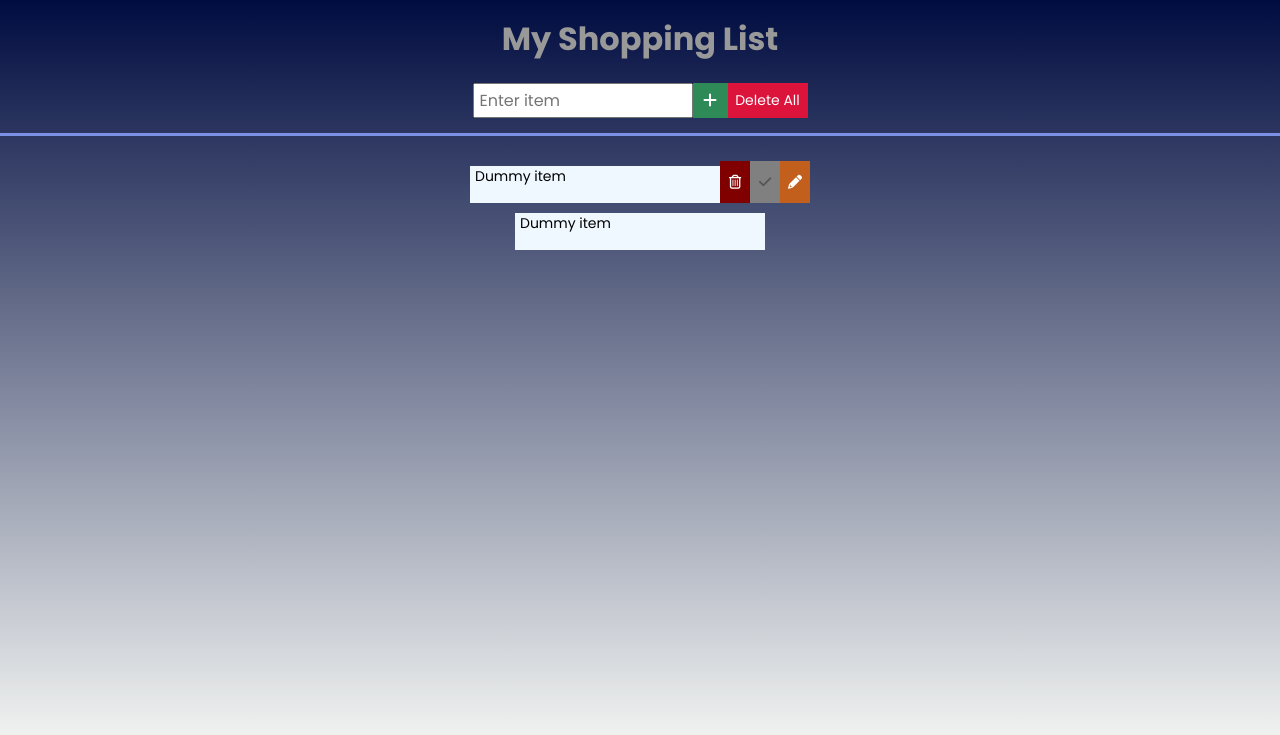
Repository: SaadYasin/shopping-list01-js
Page: index.html
The author's editor kept a copy of each file at every save. The page is drawn from the files as they stood at one save, then again after the next save.
The browser window is 1280 px wide. The pictures show the whole page.

Above is the page before, as saved 2021-12-05 19:13:33.

### index.html
<!DOCTYPE html>
<html lang="en">
<head>
    <meta charset="UTF-8">
    <meta http-equiv="X-UA-Compatible" content="IE=edge">
    <meta name="viewport" content="width=device-width, initial-scale=1.0">
    <title>Shopping List App</title>
    <link rel="stylesheet" href="styles.css">
    <link rel="preconnect" href="https://fonts.googleapis.com">
    <link rel="preconnect" href="https://fonts.gstatic.com" crossorigin>
    <link href="https://fonts.googleapis.com/css2?family=Poppins:ital,wght@0,100;0,300;0,400;0,600;0,700;1,100;1,300;1,400;1,600;1,700&display=swap" rel="stylesheet">

    <link rel="stylesheet" href="https://cdnjs.cloudflare.com/ajax/libs/font-awesome/6.0.0-beta3/css/all.min.css">

</head>
<body>
    <header>
        <h1>My Shopping List</h1>

        <div id="input-form">
            <input type="text" id="item-txt" name="item-text" placeholder="Enter item" aria-label="Enter item" required>

            <button id="btn" class="btn plus-btn" type="button"><i class="fa fa-plus" aria-hidden="true"></i></button>

            <button class="btn btn-delete-all" type="button" >Delete All</button>

        </div>

        <div id="divider"></div>

        <div class="container">
            <ul id="items-list">
                <div class="list-line">
                    <div>
                        <li class="item">Dummy item</li>
                    </div>
                    <button class="btn btn-delete-item" type="button"><i class="far fa-trash-alt"></i></button>
                    <button class="btn btn-done"><i class="fas fa-check"></i></button>
                    <button class="btn btn-edit"><i class="fas fa-pencil-alt"></i></button>
                </div>
                <div class="list-line">
                    <li class="item">Dummy item</li>

                </div>
            </ul>
        </div>
    </header>
    <script src="app.js"></script>
</body>
</html>

### styles.css
* {
    padding: 0;
    margin: 0;
    box-sizing: border-box;
    font-family: 'Poppins', sans-serif;
}

body {
    min-height: 100vh;
    background: #F0F2F0;  /* fallback for old browsers */
background: -webkit-linear-gradient(to top, #f0f2f0 , #000C40);  /* Chrome 10-25, Safari 5.1-6 */
background: linear-gradient(to top,#f0f2f0 , #000C40); /* W3C, IE 10+/ Edge, Firefox 16+, Chrome 26+, Opera 12+, Safari 7+ */


}

header h1 {
    color: #999;
    text-align: center;
    margin-top: 15px;
}

#input-form {
    display: flex;
    margin-top: 20px;
    justify-content: center;
}

#item-txt {
    height: 35px;
    width: 220px;
    font-size: 16px;
    padding-left: 5px;
}

.btn {
    width: 35px;
    border: none;
    outline: none;
    font-size: 14px;
    color: #fff;
    cursor: pointer;
}

.plus-btn {
    background-color: seagreen;
    color: #fff;
    font-size: 16px;
}

.btn-delete-all {
    width: 80px;
    background-color: crimson;

}

#divider {
    width: 100vw;
    height: 3px;
    background-color: #7c90e6;
    margin-top: 15px;
}

.container {
    width: 100%;
    padding-top: 20px;

}

#items-list {
    display: flex;
    flex-direction: column;
    list-style-type: none;
}

.list-line {
    display: flex;
    justify-content: center;
    margin-top: 5px;
}

li {
    display: flex;
    width: 250px;
    height: 37px;
    font-size: 14px;
    background-color: aliceblue;
    padding-left: 5px;
    margin-top: 5px;
    margin-left: auto;
    margin-right: auto;

}

.btn-delete-item {
    width: 30px;
    background-color: maroon;
    color: #fff;

}

.btn-done {
    width: 30px;
    border: none;
    background-color: gray;
    color: #555;
    font-size: 14px;
}

.btn-edit {
    width: 30px;
    background-color: rgb(194, 95, 29);
    color: #fff;

}

### app.js
const addBtn = document.querySelector('#btn');
const inputText = document.querySelector('#item-txt');
const list = document.querySelector('.container ul');

addBtn.addEventListener('click', (e) => {

    // Check that there is an input text
    if (inputText.value !== "") {
        e.preventDefault();

        // Create li
        const newLi = document.createElement('li');
        newLi.innerHTML = inputText.value;
        list.appendChild(newLi);
    }
});

After the next save:
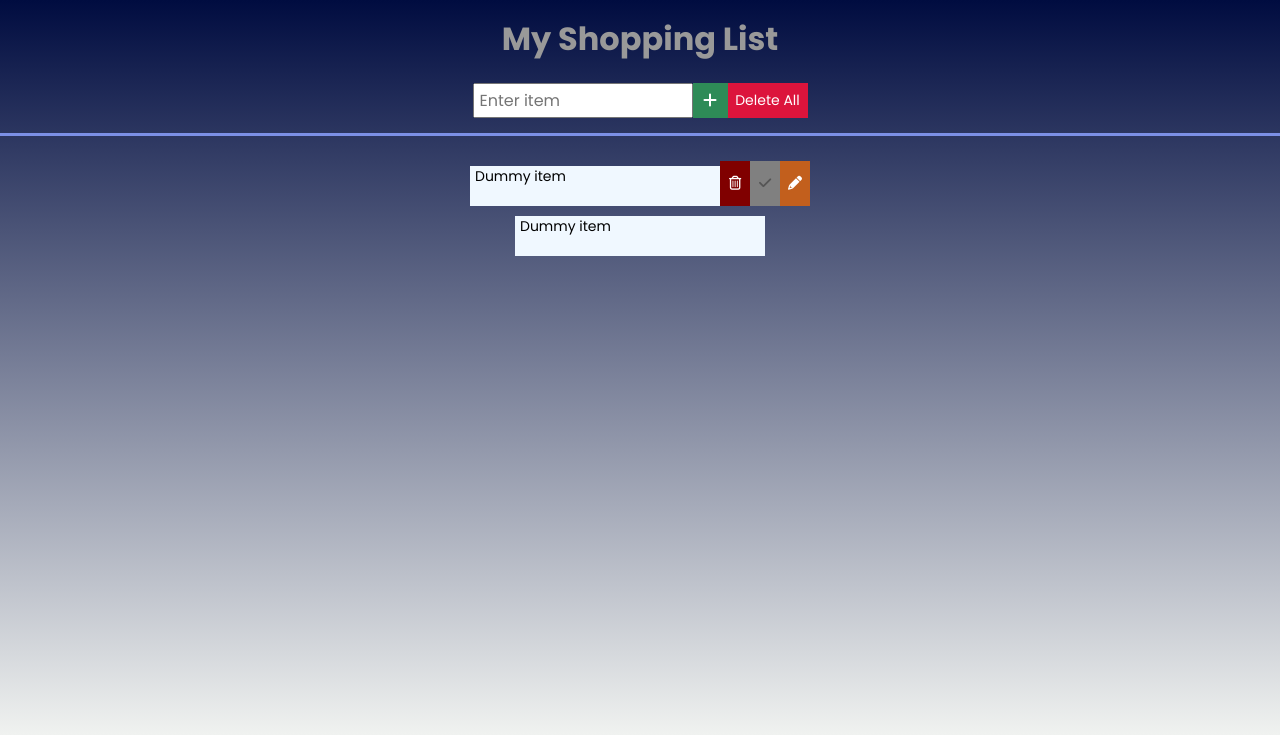
Saved 7 s later.
--- a/styles.css
+++ b/styles.css
@@ -82,7 +82,7 @@ header h1 {
 li {
     display: flex;
     width: 250px;
-    height: 37px;
+    height: 40px;
     font-size: 14px;
     background-color: aliceblue;
     padding-left: 5px;
